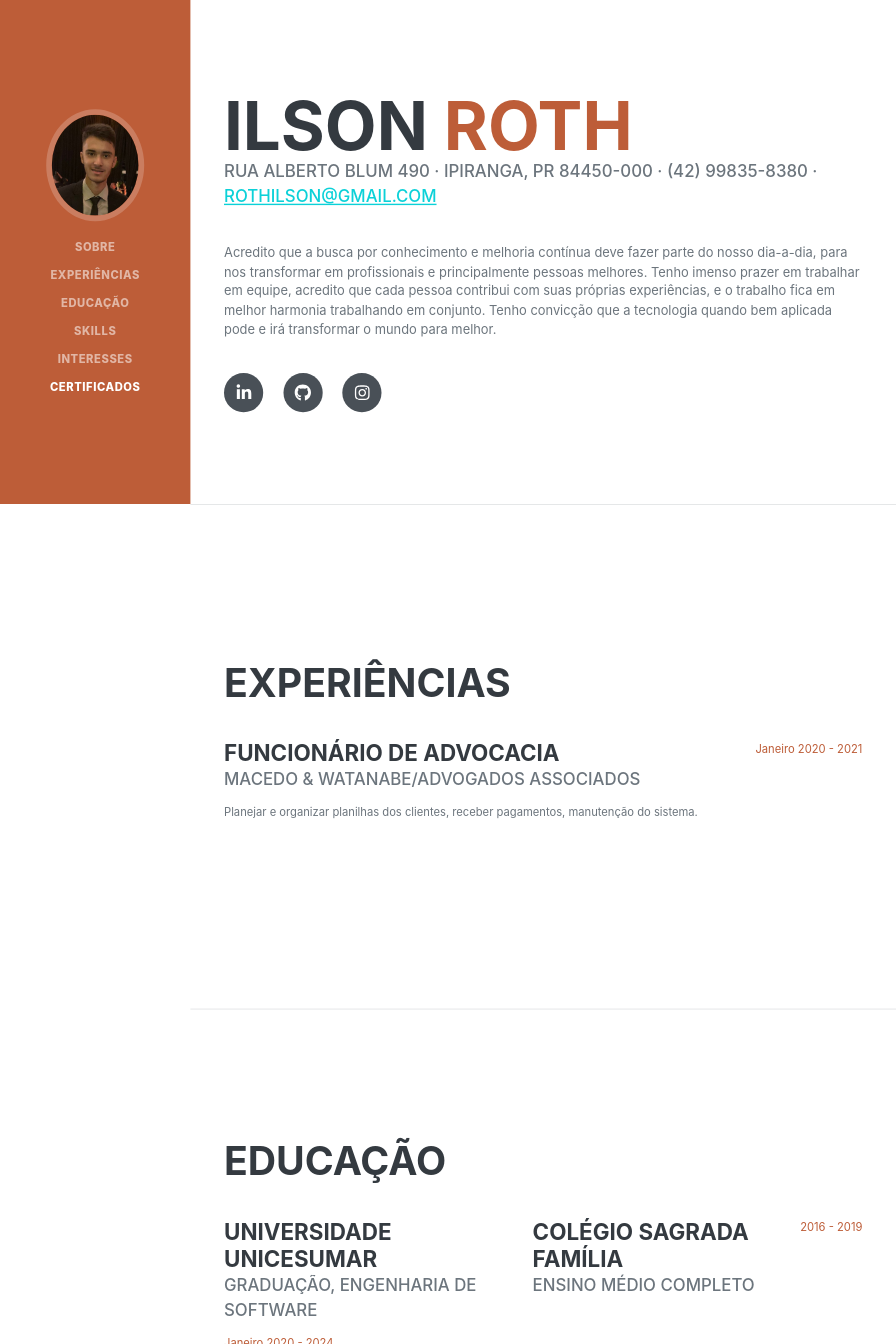
Repository: JuniorRoth/Curriculo-Web
Page: public/index.html
These files come from the project's save history. The page is drawn as it stood at one moment and after the next save; the edit follows.
The browser window is 1280 px wide. The pictures show the part of the page from y = 0 to 1920 px (the page is 4325 px tall), at 70% of full size.
Some web fonts or font styles are not loaded; a fallback is used. Some web libraries are served in a nearby version.

Above is the page before, as saved 2023-02-08 10:51:50.

After the next save:
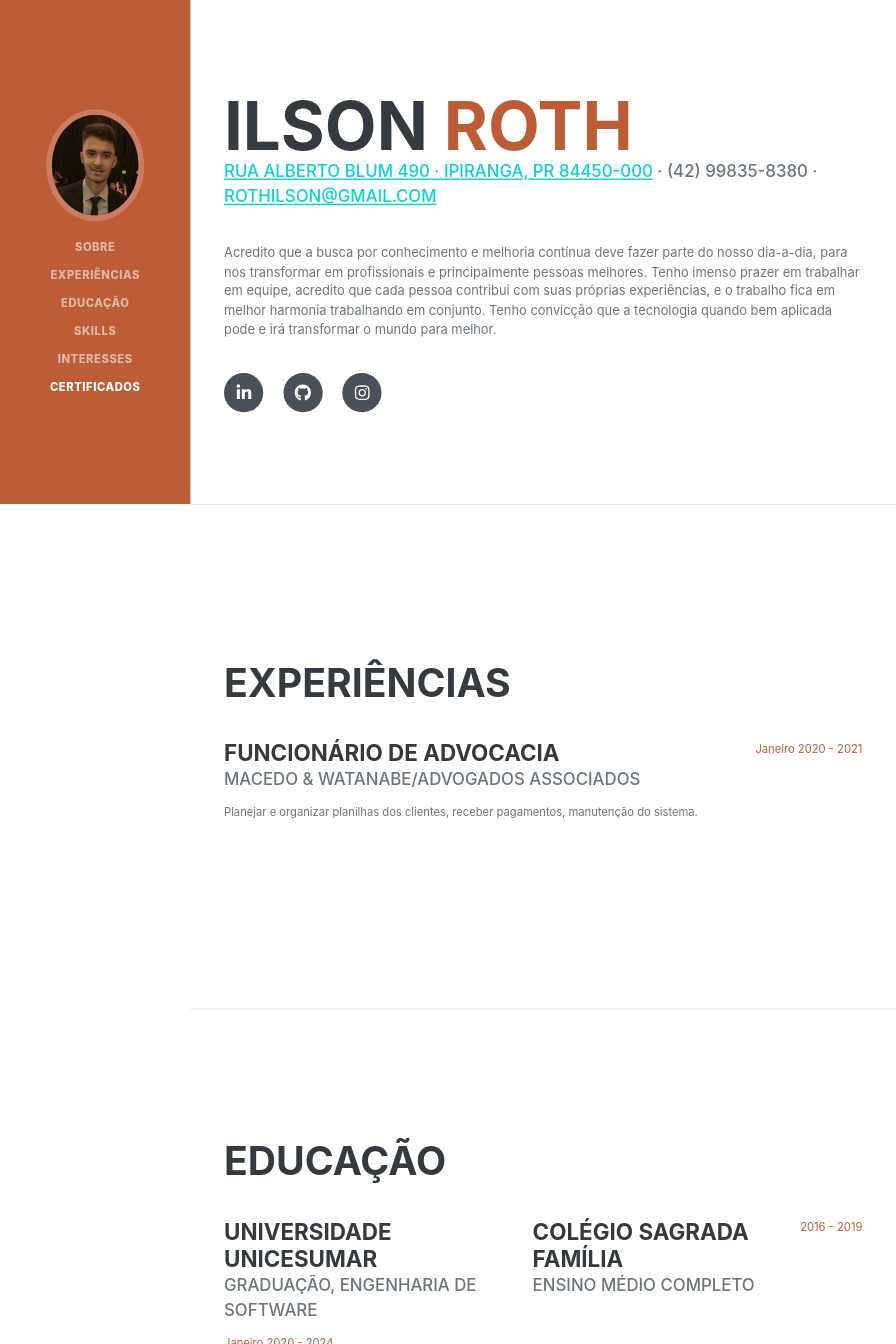
Saved 6 min 42 s later.
--- a/public/index.html
+++ b/public/index.html
@@ -45,7 +45,7 @@
                         <span class="text-primary">Roth</span>
                     </h1>
                     <div class="subheading mb-5">
-                        Rua Alberto Blum 490 · Ipiranga, PR 84450-000 · (42) 99835-8380 ·
+                        <a href="https://www.google.com/maps/search/?api=1&query=Rua Alberto Blum 490 Ipiranga PR 84450-000">Rua Alberto Blum 490 · Ipiranga, PR 84450-000</a> · (42) 99835-8380 ·
                         <a href="mailto:rothilson@gmail.com">rothilson@gmail.com</a>
                     </div>
                     <p class="lead mb-5">Acredito que a busca por conhecimento e melhoria contínua deve fazer parte do nosso dia-a-dia, para nos transformar em profissionais e principalmente pessoas melhores. Tenho imenso prazer em trabalhar em equipe, acredito que cada pessoa contribui com suas próprias experiências, e o trabalho fica em melhor harmonia trabalhando em conjunto. Tenho convicção que a tecnologia quando bem aplicada pode e irá transformar o mundo para melhor.</p>
